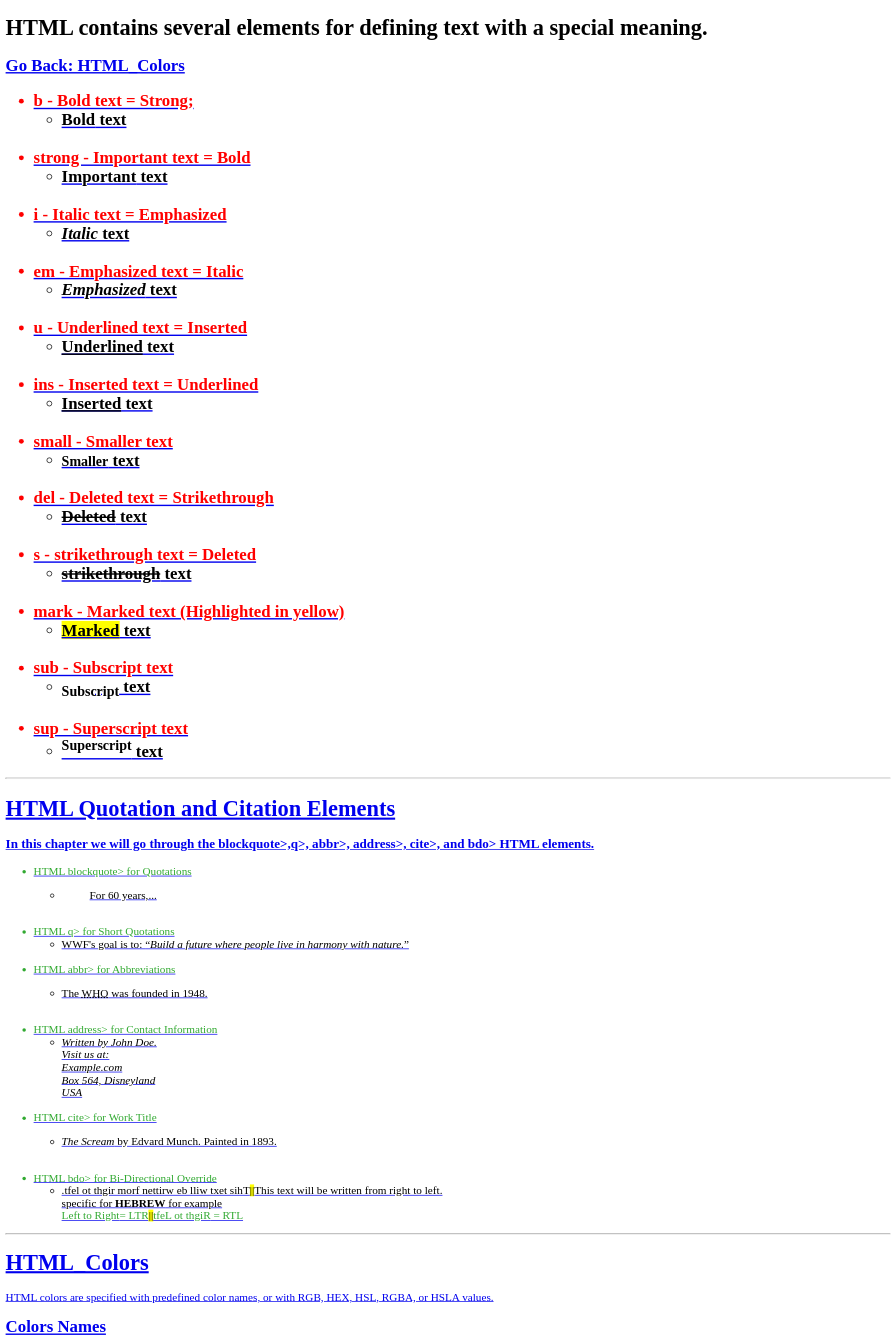
Repository: AnnaSpirit/2025_
Page: Bases/HTML_Text_Formatting.html
An editor plug-in stored every save of this project. The page is shown before and after the next save, followed by the edit.
The browser window is 1280 px wide. The pictures show the part of the page from y = 0 to 1920 px (the page is 3206 px tall before and 2874 px after), at 70% of full size.

Above is the page before, as saved 2025-01-08 15:12:24.

### Bases/HTML_Text_Formatting.html
<!DOCTYPE html>
<html lang="en">

<head>
    <meta charset="UTF-8">
    <meta name="viewport" content="width=device-width, initial-scale=1.0">
    <title>HTML Text Formatting</title>
    <a href="HTML_Colors.html"></a>
</head>

<body>
    <h1>HTML contains several elements for defining text with a special meaning.</h1>
    <a href="HTML_Colors.html">
        <h2>Go Back: HTML_Colors
    <p>
    <ul>
        <li style="color:red;"> b - Bold text &#61 Strong;
            <ul>
                <li style="color:black;"><b>Bold</b> text</li>
            </ul>
        </li><br>
        <li style="color:red;"> strong - Important text &#61 Bold
            <ul>
                <li style="color:black;"><strong>Important</strong> text</li>
            </ul>
        </li><br>
        <li style="color:red;"> i - Italic text &#61 Emphasized
            <ul>
                <li style="color:black;"><i>Italic</i> text</li>
            </ul>
        </li><br>

        <li style="color:red;">em - Emphasized text &#61 Italic
            <ul>
                <li style="color:black;"><em>Emphasized</em> text</li>
            </ul>
        </li><br>
        <li style="color:red;"> u - Underlined text &#61 Inserted
            <ul>
                <li style="color:black;"><u>Underlined</u> text</li>
            </ul><br>
        <li style="color:red;">ins - Inserted text &#61 Underlined
            <ul>
                <li style="color:black;"><ins>Inserted</ins> text</li>
            </ul><br>
        <li style="color:red;">small - Smaller text
            <ul>
                <li style="color:black;"><small>Smaller</small> text</li>
            </ul>
        </li><br>
        <li style="color:red;">del - Deleted text &#61 Strikethrough
            <ul>
                <li style="color:black;"><del>Deleted</del> text</li>
            </ul>
        </li><br>
        <li style="color:red;">s - strikethrough text &#61 Deleted
            <ul>
                <li style="color:black;"><s>strikethrough</s> text</li>
            </ul>
        </li><br>
        <li style="color:red;"> mark - Marked text (Highlighted in yellow)
            <ul>
                <li style="color:black;"><mark>Marked</mark> text</li>
            </ul>
        </li><br>
        <li style="color:red;">sub - Subscript text
            <ul>
                <li style="color:black;"><sub>Subscript</sub> text</li>
            </ul>
        </li><br>
        <li style="color:red;">sup - Superscript text
            <ul>
                <li style="color:black;"><sup>Superscript</sup> text</li>
            </ul>
        </li>
    </ul>
    </p>
    <hr>
    <p>
    <h1>HTML Quotation and Citation Elements</h1>
    <h3>In this chapter we will go through the blockquote>,q>, abbr>, address>, cite>, and bdo> HTML elements.</h3>
    <ul>
        <li style="color:rgb(49, 169, 49);"> HTML blockquote> for Quotations
            <ul>
                <li style="color: black;">
                    <blockquote cite=" http://www.worldwildlife.org/who/index.html">For 60 years,...</blockquote>
                </li><br>
            </ul>
        <li style="color:rgb(49, 169, 49);"> HTML q> for Short Quotations
            <ul>
                <li style="color: black;"> WWF's goal is to: <q><em>Build a future where people live in harmony with
                            nature.</em></q></li>
            </ul>
        </li><br>
        <li style=" color:rgb(49, 169, 49);">HTML abbr> for Abbreviations
            <ul>
                <li style="color: black;">
                    <p>The <abbr title="World Health Organization">WHO</abbr> was founded in 1948.</p>
                </li>
            </ul>
        </li><br>
        <li style=" color:rgb(49, 169, 49);">HTML address> for Contact Information
            <ul>
                <li style="color: black;">
                    <address>
                        Written by John Doe.<br>
                        Visit us at:<br>
                        Example.com<br>
                        Box 564, Disneyland<br>
                        USA
                    </address>
                </li>
            </ul>
        </li><br>
        <li style=" color:rgb(49, 169, 49);">HTML cite> for Work Title
            <ul>
                <li style="color: black;">
                    <p><cite>The Scream</cite> by Edvard Munch. Painted in 1893.</p>
                </li>
            </ul>
        </li><br>
        <li style=" color:rgb(49, 169, 49);">HTML bdo> for Bi-Directional Override
            <ul>
                <li style="color: black;"><bdo dir="rtl">This text will be written from right to
                        left.</bdo><mark>||</mark>This text will be written from right to left.<br>
                    specific for <b>HEBREW</b> for example</li> <bdo dir="ltr">Left to Right</bdo>=
                LTR<mark>||</mark><bdo dir="rtl">Right to Left</bdo> = RTL
            </ul>
        </li>
    </ul>
    </h1>
    </p>
    <hr>
    <p>
    <h1>HTML_Colors</h1>
    <p>HTML colors are specified with predefined color names, or with RGB, HEX, HSL, RGBA, or HSLA values.</p>
    <a href="HTML_Colors.html">
        <h2>Colors Names</h2>
    </a>
    <p>In HTML, a color can be specified by using a color name</p>

    <h2>Color Values</h2>

    <p>In HTML, colors can also be specified using <b>RGB</b><sub> (value represents RED, GREEN, and BLUE light
            sources)</sub>, <b>HEX</b><sub>(hexadecimal color is specified with: #RRGGBB, where the RR (red), GG (green)
            and BB (blue) hexadecimal integers specify the components of the color.)</sub>, <b>HSL</b><sub> (stands for
            hue, saturation, and lightness.)</sub>, <b>RGBA</b><sub> (value is an extension of RGB with an Alpha channel
            (opacity)).</sub> and <b>HSLA</b><sub> (values are an extension of HSL with an Alpha channel
            (opacity)).</sub><br>

    <p>The following three elements have their background color set with RGB, HEX, and HSL values.<br>
    <h5>Ultramarine Blue</h5>
    <ul>
        <li style="background-color:rgb(77,106,255);">
            <h5>RGB (77,106,255)</h5>
        </li>
        <li style="background-color:#4D6AFF;">
            <h5>HEX #4D6AFF</h5>
        </li>
        <li style="background-color:HSL(230, 100%, 65%);">
            <h5>HSL (230, 100%, 65%)</h5>
        </li>
    </ul>
    <p>The following two elements have their background color set with RGBA and HSLA values, which add an Alpha channel
        to the color (here we have 50% and 20% transparency)</p>
    <ul>
        <li style="background-color:rgba(77,106,255, 0.5);">
            <h5>RGBA (77,106,255, 0.5) </h5>
        </li>
        <li style="background-color:HSL(230, 100%, 65%, 0.2);">
            <h5>HSLA (230, 100%, 65%, 0.2) </h5>
        </li>
    </ul>
    </p>
    <h2>Shades of Gray</h2>
    <p>Shades of gray are often defined using equal values for all three parameters: <br>
        &#9650; rgb(60, 60, 60),<br>
        &#9650; rgb(180, 180, 180)</p>

    <h2>Background Color</h2>

    <p>You can set the background color for HTML elements <br>
    <h3 style="background-color:cyan;">Hello World</h3>
    <h4 style="background-color:Coral;">Lorem ipsum dolor sit amet.</h4>
    </p>

    <h2>Text Color</h2>

    <p>You can set the color of text <br>
    <h3 style="color:Tomato;">Hello World</h3>
    <h4 style="color:DodgerBlue;">Lorem ipsum dolor sit amet consectetur.</h4>
    <h4 style="color:DarkSeaGreen;">Cupcake ipsum dolor sit amet cake croissant fruitcake muffin. Sweet</h4>
    </p>

    <h2>Border Color</h2>

    <p>You can set the color of borders <br>
    <h3 style="border:2px solid indigo;">Hello World 2px</h3>
    <h3 style="border:4px solid DeepPink;">Hello World 4px</h3>
    <h3 style="border:8px solid Gold;">Hello World 8px</h3>
    <h3 style="border:12px solid LightSlateGrey;">Hello World 12px</h3>
    </p>
    </p>
</body>

</html>

After the next save:
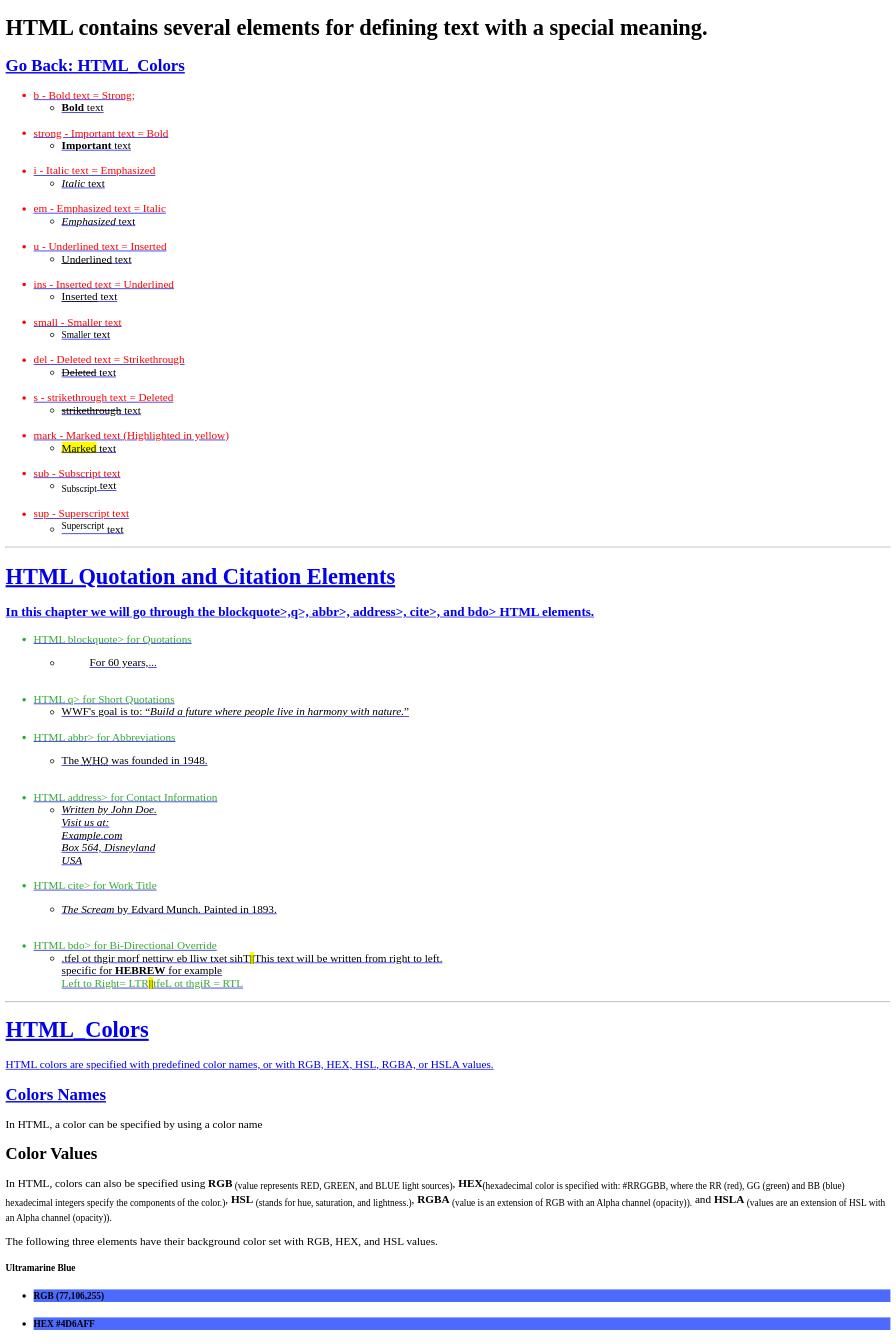
Saved 12 s later.
--- a/Bases/HTML_Text_Formatting.html
+++ b/Bases/HTML_Text_Formatting.html
@@ -11,7 +11,7 @@
 <body>
     <h1>HTML contains several elements for defining text with a special meaning.</h1>
     <a href="HTML_Colors.html">
-        <h2>Go Back: HTML_Colors
+        <h2>Go Back: HTML_Colors</h2>
     <p>
     <ul>
         <li style="color:red;"> b - Bold text &#61 Strong;
